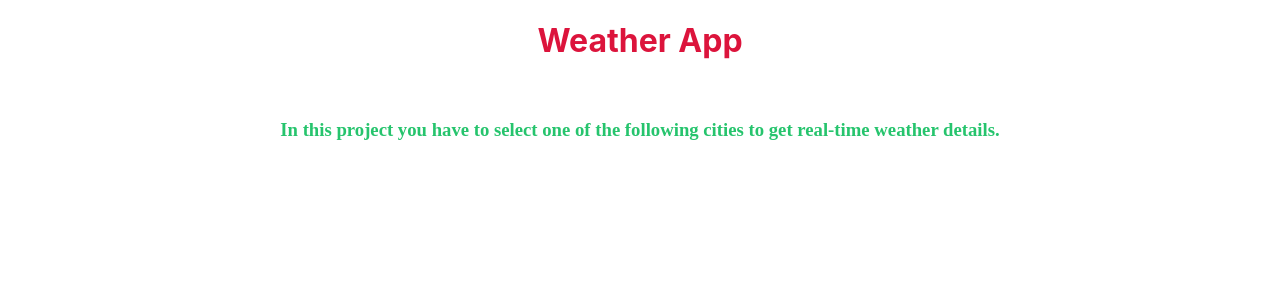
Repository: AalokJadhav/Weather_Website
Page: welcome.html
These files come from the project's save history. The page is drawn as it stood at one moment and after the next save; the edit follows.
The browser window is 1280 px wide. The pictures show the whole page.

Above is the page before, as saved 2020-11-03 08:00:09.

### welcome.html
<!DOCTYPE html>
<html lang="en">
<head>
    <meta charset="UTF-8">
    <meta name="viewport" content="width=device-width, initial-scale=1.0">
    <title>Document</title>
</head>
<body style="text-align: center;">
    <h1 style="font-family:-apple-system, BlinkMacSystemFont, 'Segoe UI', Roboto, Oxygen, Ubuntu, Cantarell, 'Open Sans', 'Helvetica Neue', sans-serif; color: crimson;text-align: center;"> Weather App</h1>
    <br>
    <h3>
        <p style="color: rgb(38, 196, 109);">
        In this project you have to select one of the following cities to get real-time weather details.
    </p>
    </h3>
</body>
</html>

After the next save:
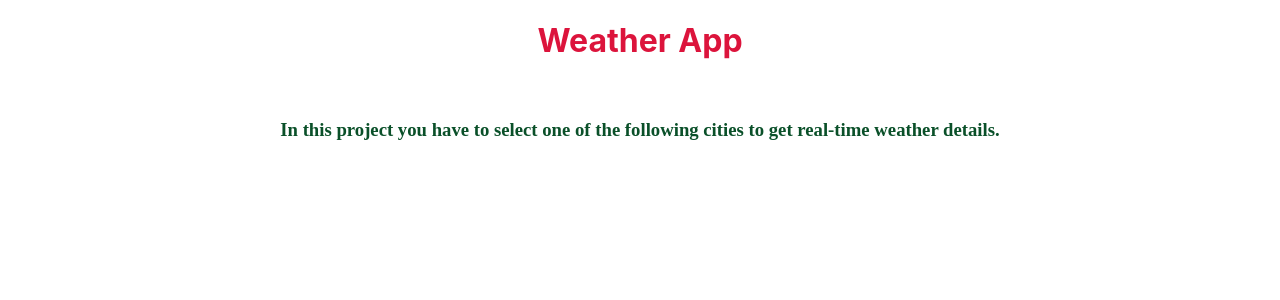
Saved 17 s later.
--- a/welcome.html
+++ b/welcome.html
@@ -9,7 +9,7 @@
     <h1 style="font-family:-apple-system, BlinkMacSystemFont, 'Segoe UI', Roboto, Oxygen, Ubuntu, Cantarell, 'Open Sans', 'Helvetica Neue', sans-serif; color: crimson;text-align: center;"> Weather App</h1>
     <br>
     <h3>
-        <p style="color: rgb(38, 196, 109);">
+        <p style="color: rgb(10, 80, 41);">
         In this project you have to select one of the following cities to get real-time weather details.
     </p>
     </h3>
